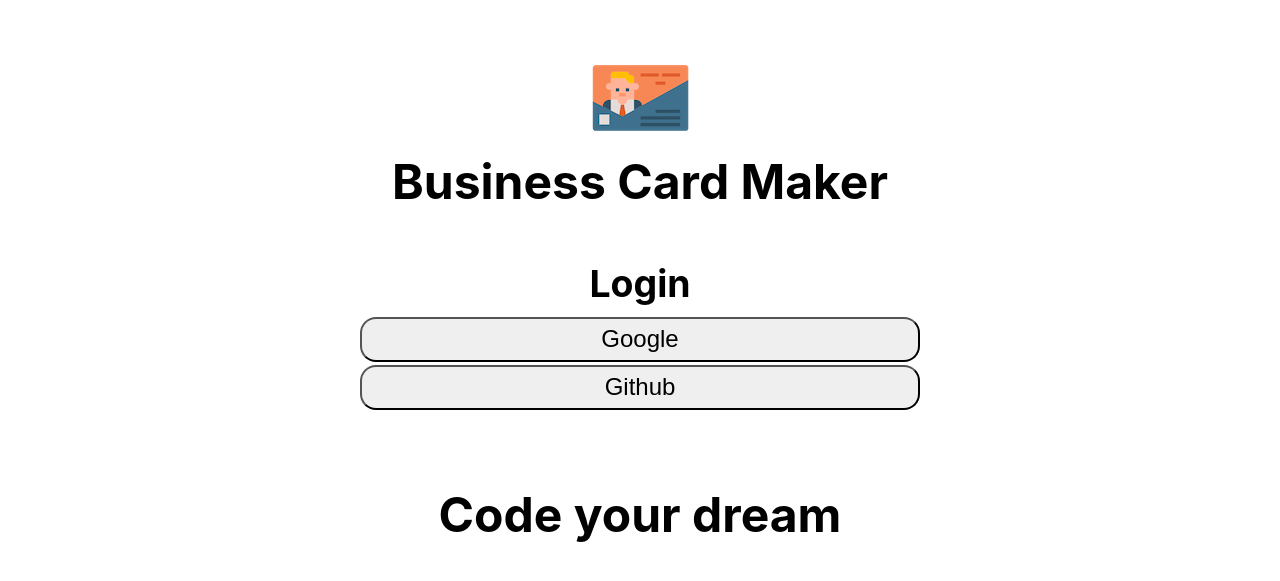
Repository: gomgomigom/firebase_practice_card_maker
Page: /
These files come from the project's save history. The page is drawn as it stood at one moment and after the next save; the edit follows.
The browser window is 1280 px wide. The pictures show the whole page.
The page's requests for data from a server got no answer. The project was rebuilt for these pictures with package versions that can differ from the ones it lists, and the page was loaded fresh each time. No one was signed in, and anything a server would have sent is missing.

Above is the page before, as saved 2022-01-21 14:02:58.

### public/index.html
<!DOCTYPE html>
<html lang="en">
  <head>
    <meta charset="utf-8" />
    <link rel="icon" href="./images/logo.png" />
    <meta name="viewport" content="width=device-width, initial-scale=1" />
    <meta name="theme-color" content="#000000" />
    <meta
      name="description"
      content="Web site created using create-react-app"
    />
    <title>Card-Maker</title>
  </head>
  <body>
    <noscript>You need to enable JavaScript to run this app.</noscript>
    <div id="root"></div>
  </body>
</html>

### src/index.js
import React from 'react';
import ReactDOM from 'react-dom';
import './index.module.css';
import App from './app';
import AuthService from './service/auth_service';

const authService = new AuthService();
ReactDOM.render(
  <React.StrictMode>
    <App authService={authService} />
  </React.StrictMode>,
  document.getElementById('root')
);

### src/app.js
import './app.css';
import Login from './components/login/login';

function App({ authService }) {
  return (
    <h1>
      <Login authService={authService} />
    </h1>
  );
}

export default App;

### src/service/auth_service.js
import firebase from 'firebase';
import firebaseApp from './firebase';

class AuthService {
  login(providerName) {
    const authProvider = new firebase.auth[`${providerName}AuthProvider`]();
    return firebaseApp.auth().signInWithPopup(authProvider);
  }
}
export default AuthService;

### src/components/login/login.jsx
import React from 'react';
import Footer from '../footer/footer';
import Header from '../header/header';
import styles from './login.module.css';

const Login = ({ authService }) => {
  const onLogin = (event) => {
    authService //
      .login(event.currentTarget.textContent)
      .then(console.log);
  };

  return (
    <section className={styles.login}>
      <Header />
      <section className={styles.loginList}>
        <h1 className={styles.title}>Login</h1>
        <ul>
          <li>
            <button className={styles.button} onClick={onLogin}>
              Google
            </button>
          </li>
          <li>
            <button className={styles.button} onClick={onLogin}>
              Github
            </button>
          </li>
        </ul>
      </section>
      <Footer />
    </section>
  );
};

export default Login;

### src/service/firebase.js
import firebase from 'firebase';

const firebaseConfig = {
  apiKey: process.env.REACT_APP_FIREBASE_API_KEY,
  authDomain: process.env.REACT_APP_FIREBASE_AUTH_DOMAIN,
  projectId: process.env.REACT_APP_FIREBASE_PROJECT_ID,
  storageBucket: process.env.REACT_APP_FIREBASE_STORAGE_BUCKET,
};

const firebaseApp = firebase.initializeApp(firebaseConfig);

export default firebaseApp;

### src/components/footer/footer.jsx
import React from 'react';
import styles from './footer.module.css';

const Footer = (props) => {
  return (
    <footer className={styles.footer}>
      <h1 className={styles.title}>Code your dream</h1>
    </footer>
  );
};
export default Footer;

### src/components/header/header.jsx
import React from 'react';
import styles from './header.module.css';

const Header = ({ onLogout }) => {
  return (
    <header className={styles.header}>
      {onLogout && (
        <button className={styles.button} onClick={onLogout}>
          Logout
        </button>
      )}
      <img className={styles.logo} src='/images/logo.png' alt='logo' />
      <h1 className={styles.title}>Business Card Maker</h1>
    </header>
  );
};

export default Header;

### src/components/login/login.module.css
@value makerGrey from '../../common/colors.css';
@value makerWhite from '../../common/colors.css';
@value makerGreen from '../../common/colors.css';

.login {
  display: flex;
  flex-direction: column;
  align-items: center;
  justify-content: center;
  background-color: makerGrey;
  padding: 2rem;
}

.loginList {
  width: 40rem;
  height: 14rem;
  flex-direction: column;
  display: flex;
  align-items: center;
  justify-content: center;
  background-color: makerWhite;
}

li {
  list-style: none;
}

ul {
  margin: 0;
  padding: 0;
}

.title {
  margin: 0.5rem;
}

.button {
  display: block;
  border: 2px solid makerGreen;
  border-radius: 1rem;
  width: 35rem;
  font-size: 1.5rem;
  padding: 0.4rem;
  margin: 0.2rem;
}

### src/components/footer/footer.module.css
@value makerGreen from '../../common/colors.css';
@value makerWhite from '../../common/colors.css';

.footer {
  width: 40rem;
  display: flex;
  align-items: center;
  justify-content: center;
  background-color: makerGreen;
}

.title {
  color: makerWhite;
}

### src/components/header/header.module.css
@value makerBlack from '../../common/colors.css';
@value makerGreen from '../../common/colors.css';
@value makerWhite from '../../common/colors.css';
@value makerWheat from '../../common/colors.css';

.header {
  width: 40rem;
  display: flex;
  flex-wrap: wrap;
  flex-direction: column;
  justify-content: center;
  align-items: center;
  font-size: 2rem;
  background-color: makerGreen;
}

.logo {
  margin: 0.6rem;
}

.title {
  color: makerWhite;
  margin: 0.6rem;
}

Loaded but not shown: src/index.module.css (common file); src/app.css (common file)

After the next save:
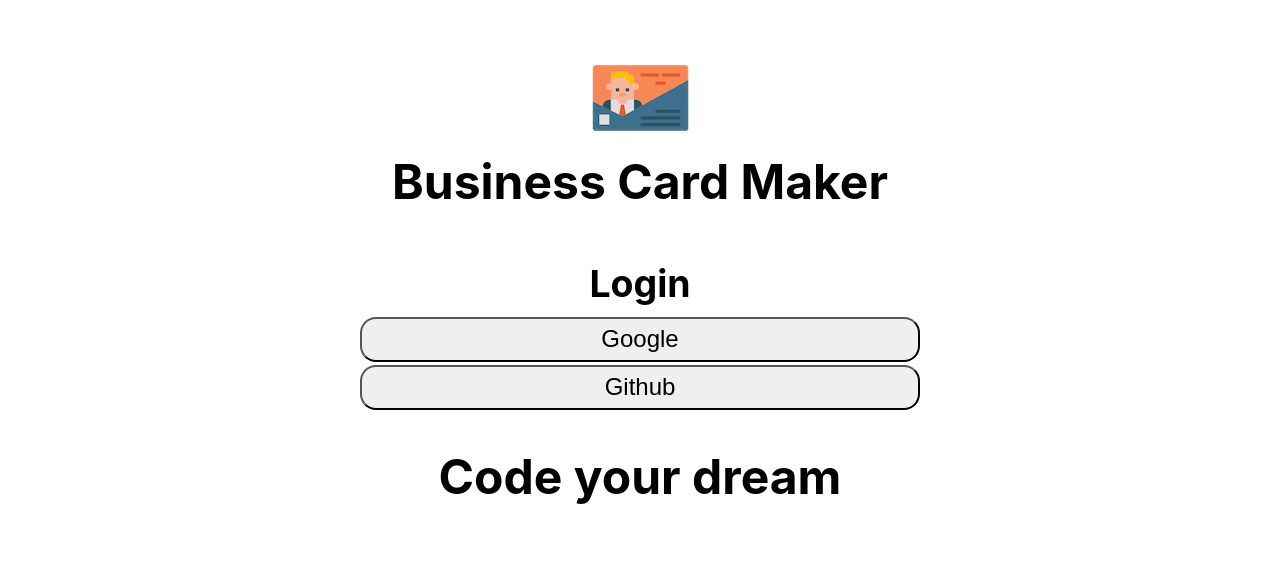
Saved 13 s later.
--- a/src/components/footer/footer.module.css
+++ b/src/components/footer/footer.module.css
@@ -2,6 +2,7 @@
 @value makerWhite from '../../common/colors.css';
 
 .footer {
+  height: 4rem;
   width: 40rem;
   display: flex;
   align-items: center;
